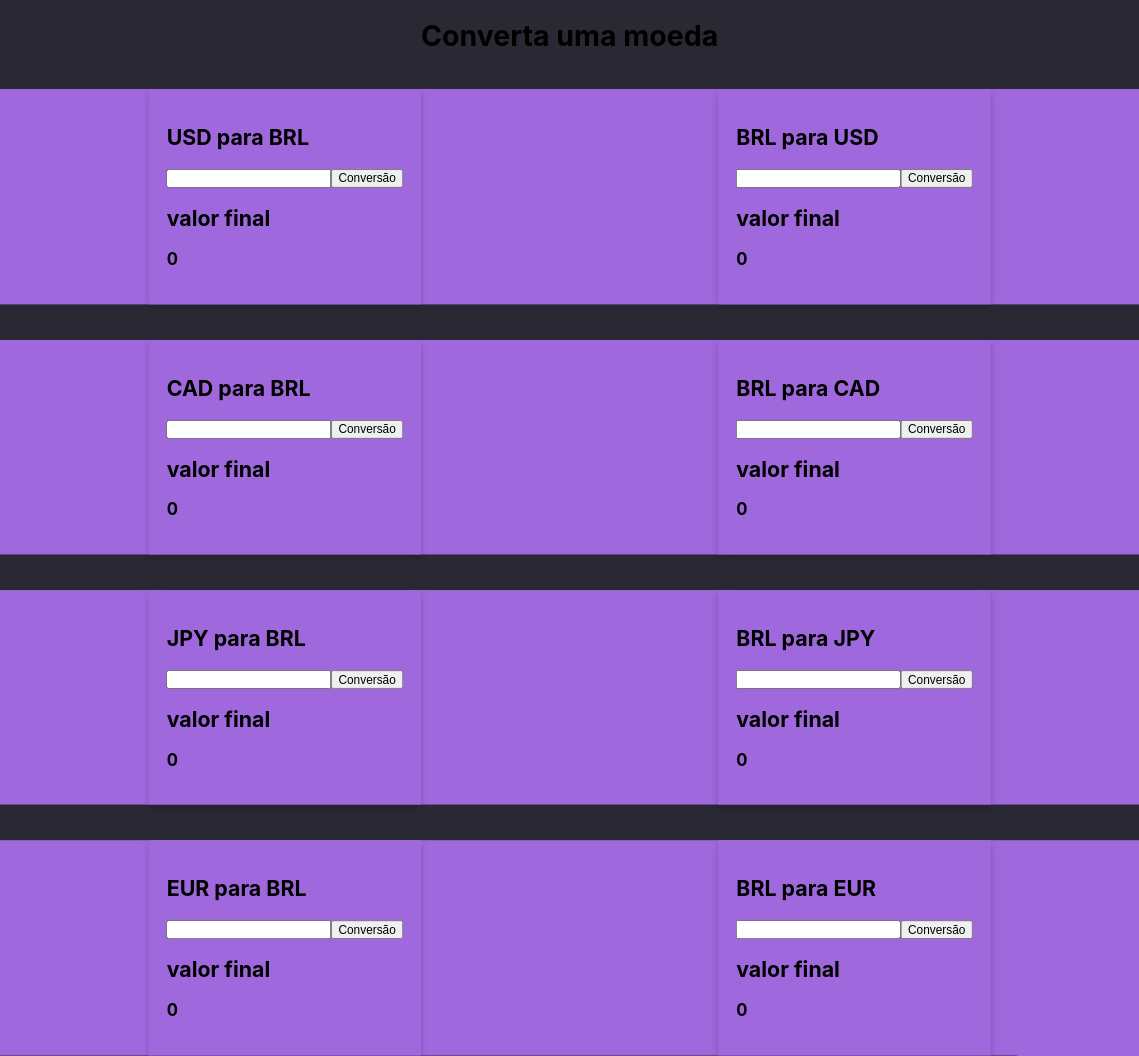
Repository: DeanLemosXD/Currency-converter
Page: /
The author's editor kept a copy of each file at every save. The page is drawn from the files as they stood at one save, then again after the next save.
The browser window is 1280 px wide. The pictures show the whole page, at 89% of full size.
The project was rebuilt for these pictures with package versions that can differ from the ones it lists, and the page was loaded fresh each time.

Above is the page before, as saved 2021-10-19 18:27:18.

After the next save:
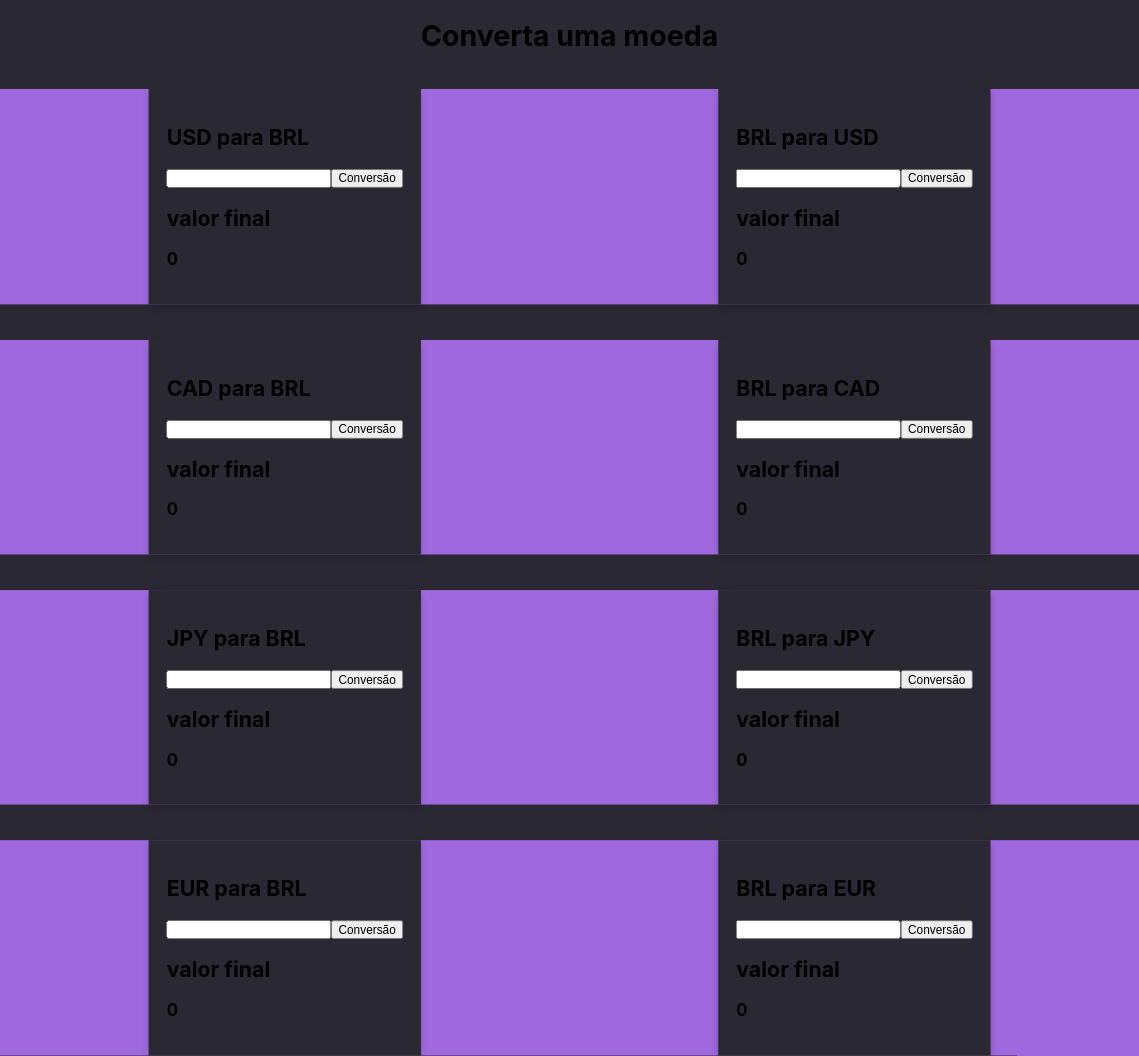
Saved 15 s later.
--- a/src/components/conversor.css
+++ b/src/components/conversor.css
@@ -2,5 +2,5 @@
         padding: 20px;
         max-width: 300px;
         box-shadow: 0 4px 8px 0 rgba(0, 0, 0, 0.2);
-        background-color: rgb(159, 105, 221);
+        background-color: rgb(42, 40, 51);
 }
